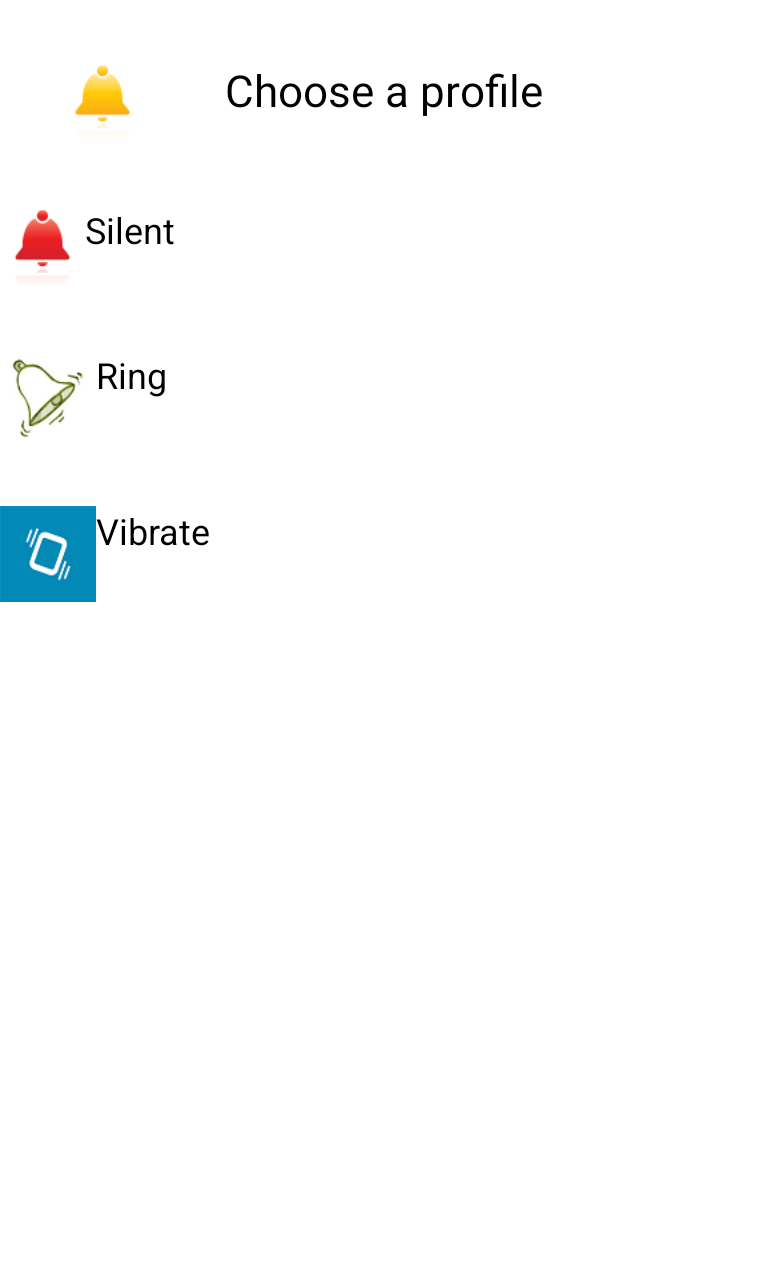
Repository: born2behappy18/meetingMiliue
Layout: MeetingMileu/res/layout/profile.xml
These files come from the project's save history. The layout is drawn as it stood at one moment and after the next save; the edit follows.
It is drawn on a 768 x 1280 px phone screen (xhdpi) without system bars, with theme AppTheme; the app's code is not run.

Above is the layout before, as saved 2015-10-13 11:14:54.

### MeetingMileu/res/layout/profile.xml
<?xml version="1.0" encoding="utf-8"?>
<LinearLayout xmlns:android="http://schemas.android.com/apk/res/android"
    android:layout_width="match_parent"
    android:layout_height="match_parent"
    android:orientation="vertical" >
<LinearLayout
    android:layout_width="match_parent"
    android:layout_height="wrap_content"
    android:orientation="horizontal"
    android:layout_marginTop="30dp">
    <ImageView
        android:id="@+id/imageView1"
        android:layout_width="wrap_content"
        android:layout_height="wrap_content"
        android:src="@drawable/alarm"
        android:layout_marginLeft="30dp" />

    <TextView
        android:id="@+id/textView1"
        android:layout_width="wrap_content"
        android:layout_height="wrap_content"
        android:text="Choose a profile"
        android:layout_marginLeft="40dp"
        android:textAppearance="?android:attr/textAppearanceLarge" />
</LinearLayout>
<LinearLayout
    android:layout_width="match_parent"
    android:layout_height="wrap_content"
    android:orientation="horizontal"
    android:layout_marginTop="30dp">
    <ImageView
        android:id="@+id/imageView2"
        android:layout_width="wrap_content"
        android:layout_height="wrap_content"
        android:src="@drawable/silent" />

    <TextView
        android:id="@+id/textView2"
        android:layout_width="wrap_content"
        android:layout_height="wrap_content"
        android:text="Silent"
        android:textAppearance="?android:attr/textAppearanceMedium" />
</LinearLayout>
<LinearLayout
    android:layout_width="match_parent"
    android:layout_height="wrap_content"
    android:orientation="horizontal"
    android:layout_marginTop="30dp">
    <ImageView
        android:id="@+id/imageView3"
        android:layout_width="wrap_content"
        android:layout_height="wrap_content"
        android:src="@drawable/ring" />

    <TextView
        android:id="@+id/textView3"
        android:layout_width="wrap_content"
        android:layout_height="wrap_content"
        android:text="Ring"
        android:textAppearance="?android:attr/textAppearanceMedium" />
</LinearLayout>
<LinearLayout
    android:layout_width="match_parent"
    android:layout_height="wrap_content"
    android:orientation="horizontal"
    android:layout_marginTop="30dp">
    <ImageView
        android:id="@+id/imageView4"
        android:layout_width="wrap_content"
        android:layout_height="wrap_content"
        android:src="@drawable/vibrate" />

    <TextView
        android:id="@+id/textView4"
        android:layout_width="wrap_content"
        android:layout_height="wrap_content"
        android:text="Vibrate"
        android:textAppearance="?android:attr/textAppearanceMedium" />
</LinearLayout>
</LinearLayout>

Loaded but not shown: MeetingMileu/res/values/styles.xml (common file); MeetingMileu/res/values-v11/styles.xml (common file); MeetingMileu/res/values-v14/styles.xml (common file)

After the next save:
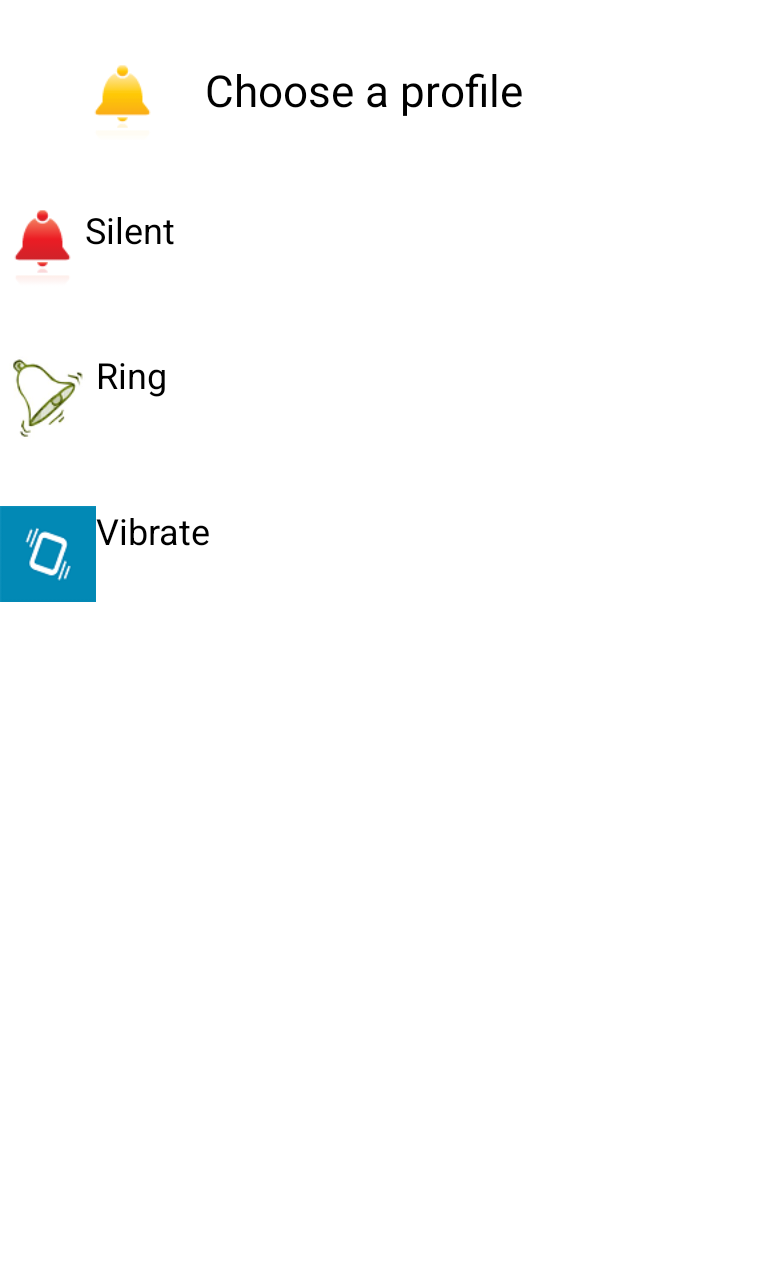
Saved 12 s later.
--- a/MeetingMileu/res/layout/profile.xml
+++ b/MeetingMileu/res/layout/profile.xml
@@ -13,14 +13,14 @@
         android:layout_width="wrap_content"
         android:layout_height="wrap_content"
         android:src="@drawable/alarm"
-        android:layout_marginLeft="30dp" />
+        android:layout_marginLeft="40dp" />
 
     <TextView
         android:id="@+id/textView1"
         android:layout_width="wrap_content"
         android:layout_height="wrap_content"
         android:text="Choose a profile"
-        android:layout_marginLeft="40dp"
+        android:layout_marginLeft="20dp"
         android:textAppearance="?android:attr/textAppearanceLarge" />
 </LinearLayout>
 <LinearLayout
